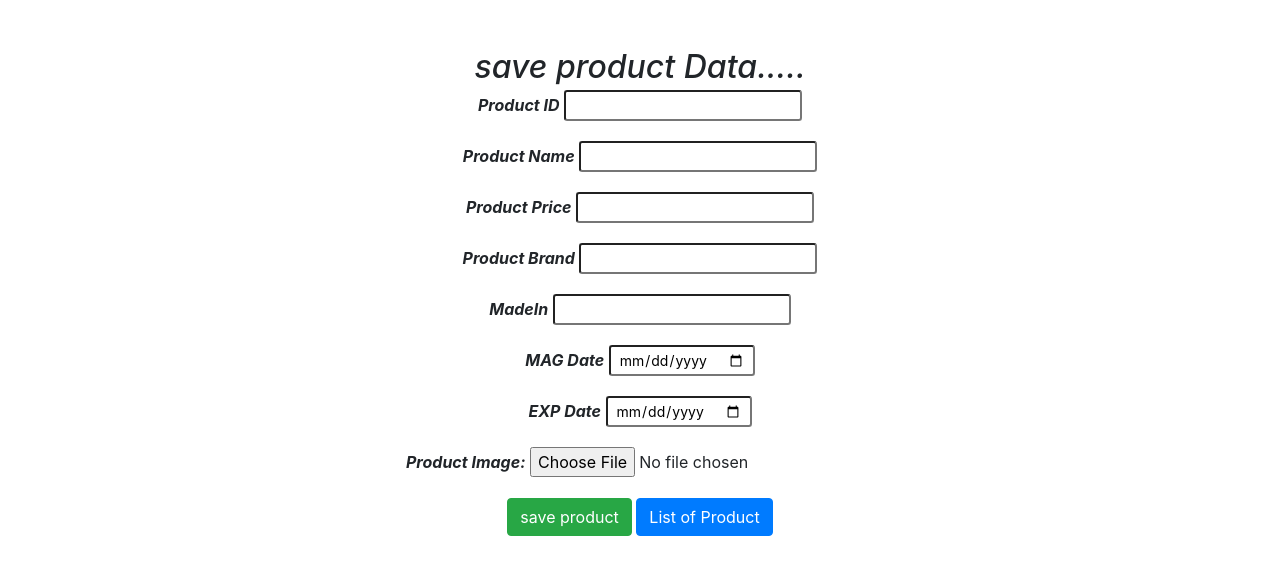
Repository: jrajesh111/Adv-java
Page: ProductAppproject/src/main/webapp/add-product.html
An editor plug-in stored every save of this project. The page is shown before and after the next save, followed by the edit.
The browser window is 1280 px wide. The pictures show the whole page.

Above is the page before, as saved 2024-03-06 15:54:54.

After the next save:
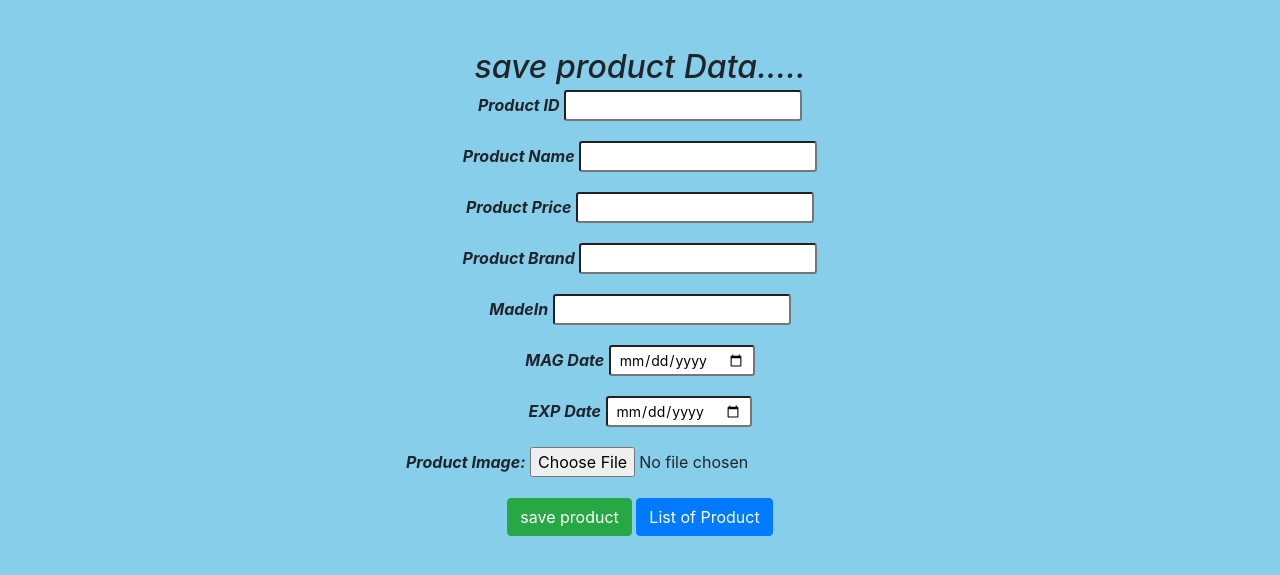
Saved 21 s later.
--- a/ProductAppproject/src/main/webapp/add-product.html
+++ b/ProductAppproject/src/main/webapp/add-product.html
@@ -9,7 +9,7 @@
 	<!-- This is java script validation code location -->
 	<script type="text/javascript"   src="formvalidation.js" >   </script>
 </head>
-<body style="background-color: sky blue;">
+<body style="background-color: skyblue;">
 	<div class="container mt-5 text-center">
 	<h2 class="text-center font-italic mb-1">save product Data.....</h2>
 
